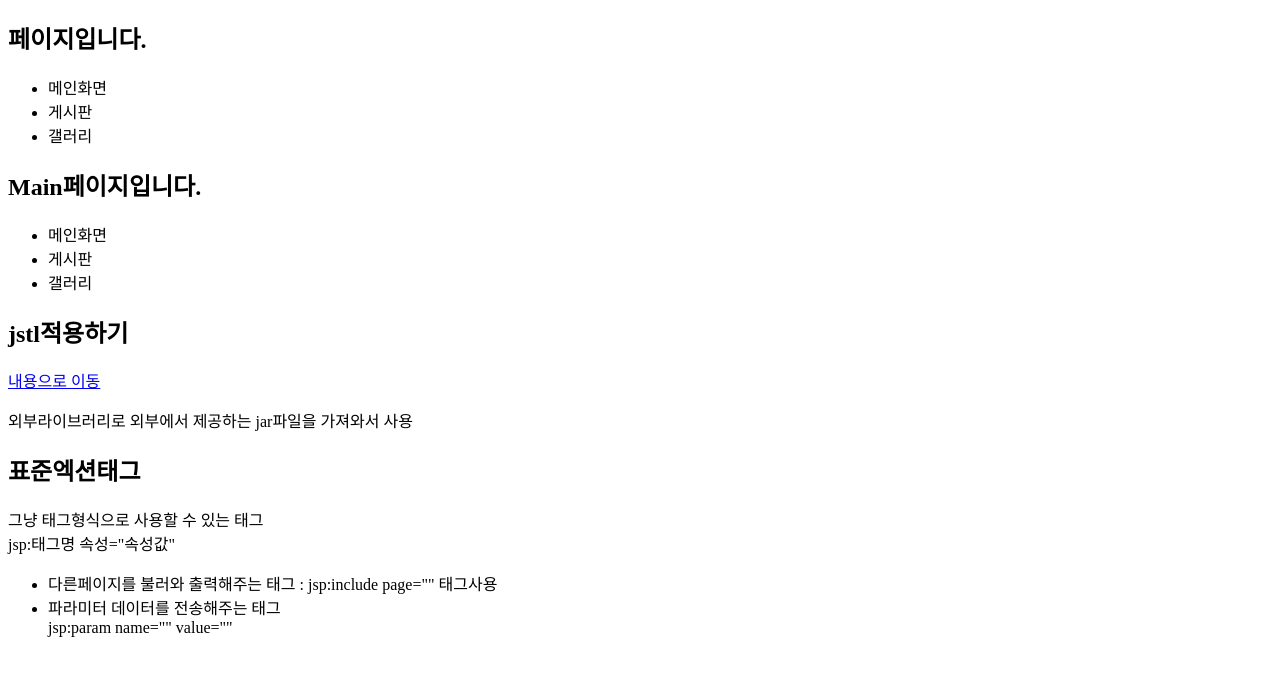
Repository: yongmin0309/mybatis1
Page: http://localhost/eL_JSTL/
An editor plug-in stored every save of this project. The page is shown before and after the next save, followed by the edit.
The browser window is 1280 px wide. The pictures show the whole page.
The page is served by Tomcat 9.

Above is the page before, as saved 2024-04-20 05:35:10.

After the next save:
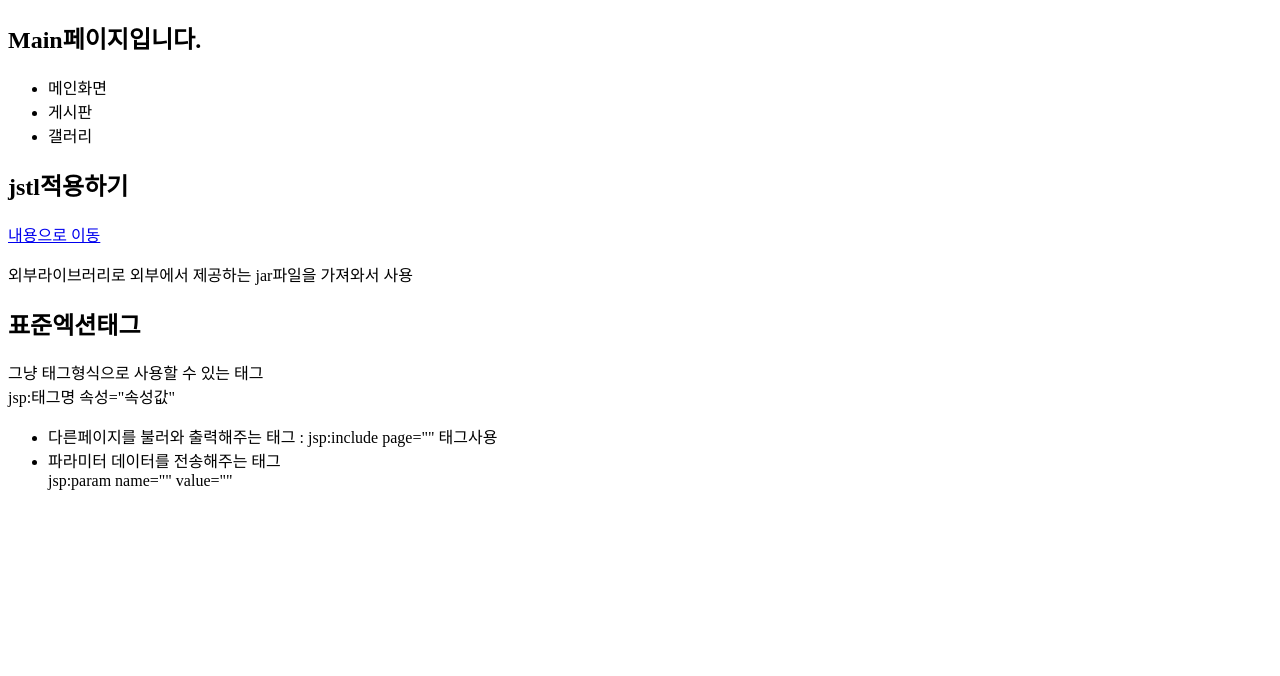
Saved 30 s later.
--- a/work/eL_JSTL/src/main/webapp/index.jsp
+++ b/work/eL_JSTL/src/main/webapp/index.jsp
@@ -3,7 +3,6 @@
 <!-- 이용할 jstl태그를 선언해야함 -->
 <%@ taglib prefix="c" uri="http://java.sun.com/jsp/jstl/core" %>
 <%@ taglib prefix="fmt" uri="http://java.sun.com/jsp/jstl/fmt" %>
-<%@ include file="/views/common/header.jsp" %>
 <jsp:include page="/views/common/header.jsp">
 	<jsp:param name="title" value="Main"/>
 </jsp:include>
